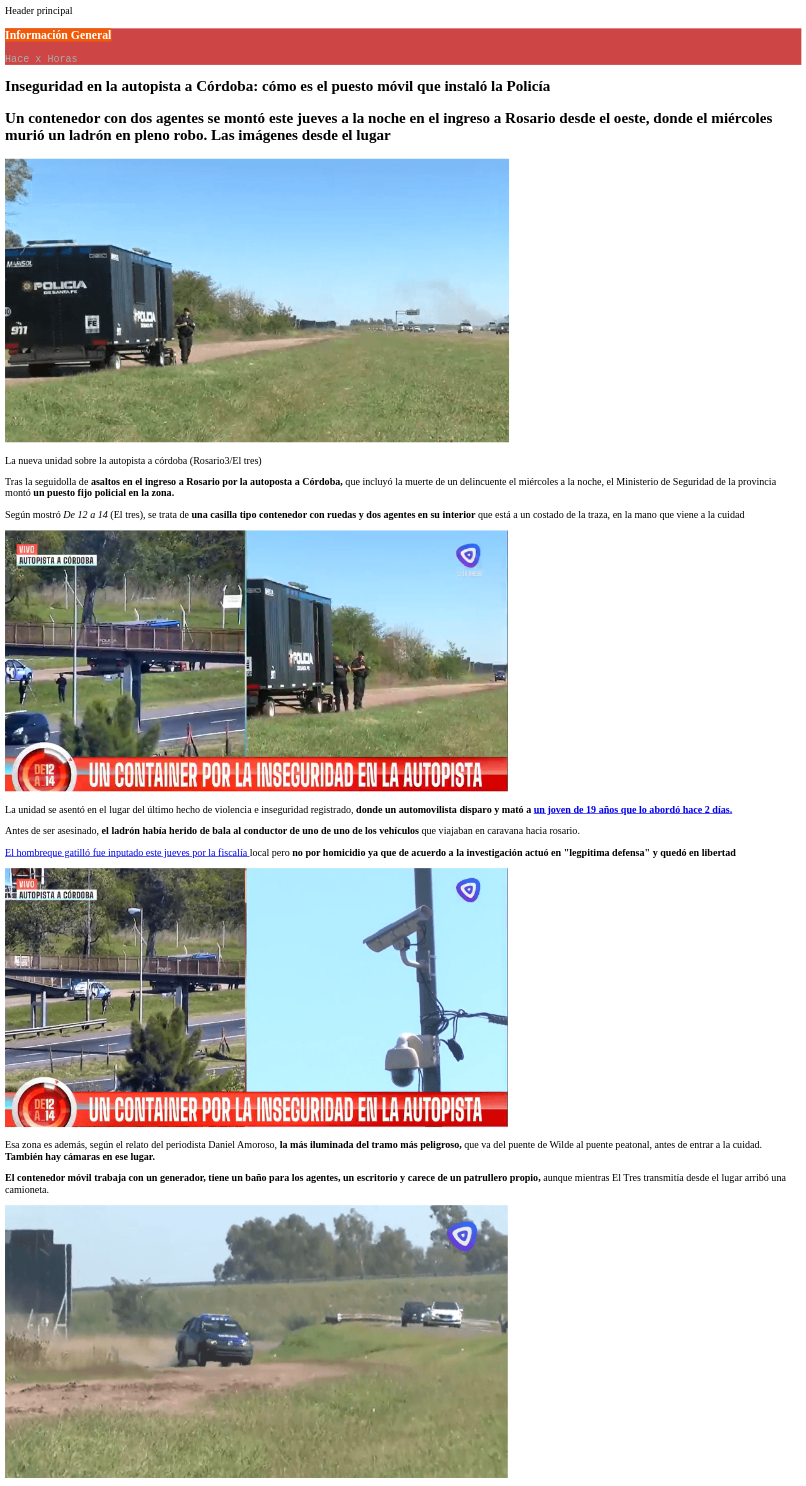
Repository: Larrowo/LPPA
Page: Clase 2/index.html
These files come from the project's save history. The page is drawn as it stood at one moment and after the next save; the edit follows.
The browser window is 1280 px wide. The pictures show the whole page, at 63% of full size.

Above is the page before, as saved 2022-04-16 16:42:32.

### Clase 2/index.html
<!DOCTYPE html>
<html lang="en">
<head>
    <meta charset="UTF-8">
    <meta http-equiv="X-UA-Compatible" content="IE=edge">
    <meta name="viewport" content="width=device-width, initial-scale=1.0">
    <title>Noticia LPPA</title>
    <link rel="stylesheet" href="style.css">
</head>
<body>
    <header>
        Header principal
    </header>
    <main class="conteiner">
        <article class="articulo">
            <div class="notaMainPart">
                <div class="notaTopPart">
                    <div class="volanta">
                        <h3 class="claseNoticia">
                            <a class="linkClaseNoticia" href="https://www.rosario3.com/seccion/informacion-general" style="text-decoration:none">Información General</a>
                        </h3>
                        <p class="fecha-nota"><time>Hace x Horas</time></p>

                    </div>
                    <h1>
                        Inseguridad en la autopista a Córdoba: cómo es el puesto móvil que instaló la Policía
                    </h1>
                    <h2>
                        <p>
                            Un contenedor con dos agentes se montó este jueves a la noche en el ingreso a Rosario desde el oeste, donde el miércoles murió un ladrón en pleno robo. Las imágenes desde el lugar
                        </p>
                    </h2>
                    <div class="fotoPrincipal">
                        <img src="/Clase 2/photos/fotoPrincipal.png" alt="">

                    </div>
                    <div class="descripcionFoto">
                        <p>La nueva unidad sobre la autopista a córdoba (Rosario3/El tres)</p>
                    </div>
                </div>
                <div class="cuerpoNota">
                    <p>Tras la seguidolla de <strong> asaltos en el ingreso a Rosario por la autoposta a Córdoba,</strong> que incluyó la muerte de un delincuente el miércoles a la noche, el Ministerio de Seguridad de la provincia montó <strong>un puesto fijo policial en la zona.</strong></p>
                    <p>Según mostró <em>De 12 a 14</em> (El tres), se trata de <strong>una casilla tipo contenedor con ruedas y dos agentes en su interior</strong> que está a un costado de la traza, en la mano que viene a la cuidad</p>
                    <div class="segundaImagen">
                        <img src="/Clase 2/photos/segundaImagen.png" alt="">
                    </div>
                    <p>La unidad se asentó en el lugar del último hecho de violencia e inseguridad registrado, <strong>donde un automovilista disparo y mató a <a href="https://www.rosario3.com/policiales/Quien-era-y-que-se-sabe-del-crimen-del-ladron-en-la-autopista-Rosario-Cordoba-20220414-0011.html" target="_blank"> un joven de 19 años que lo abordó hace 2 días.</a></strong></p>
                    <p>Antes de ser asesinado, <strong>el ladrón había herido de bala al conductor de uno de uno de los vehículos </strong>que viajaban en caravana hacia rosario.</p>
                    <p><a href="https://www.rosario3.com/policiales/Ladron-muerto-en-la-autopista-imputaron-al-automovilista-pero-bajo-legitima-defensa-20220414-0082.html" target="_blank">El hombreque gatilló fue inputado este jueves por la fiscalía </a>local pero <strong>no por homicidio ya que de acuerdo a la investigación actuó en "legpitima defensa" y quedó en libertad</strong></p>
                    <div class="terceraImagen">
                        <img src="/Clase 2/photos/terceraImagen.png" alt="">
                    </div>
                    <p>Esa zona es además, según el relato del periodista Daniel Amoroso, <strong>la más iluminada del tramo más peligroso,</strong> que va del puente de Wilde al puente peatonal, antes de entrar a la cuidad. <Strong>También hay cámaras en ese lugar.</Strong></p>
                    <p><strong>El contenedor móvil trabaja con un generador, tiene un baño para los agentes, un escritorio y carece de un patrullero propio,</strong> aunque mientras El Tres transmitía desde el lugar arribó una camioneta.</p>
                    <div class="cuartaImagen">
                        <img src="/Clase 2/photos/cuartaImagen.png" alt="">
                    </div>
                </div>
            </div>
        </article>
    </main>
</body>
</html>

### Clase 2/style.css
.fecha-nota{
   font-family: "Space Mono", monospace;
   color: #adadad;
}

.linkClaseNoticia{
    color: #ffffff;
    background-color: #f15a08
}

.volanta{

    background-color: #cd4545;
}

After the next save:
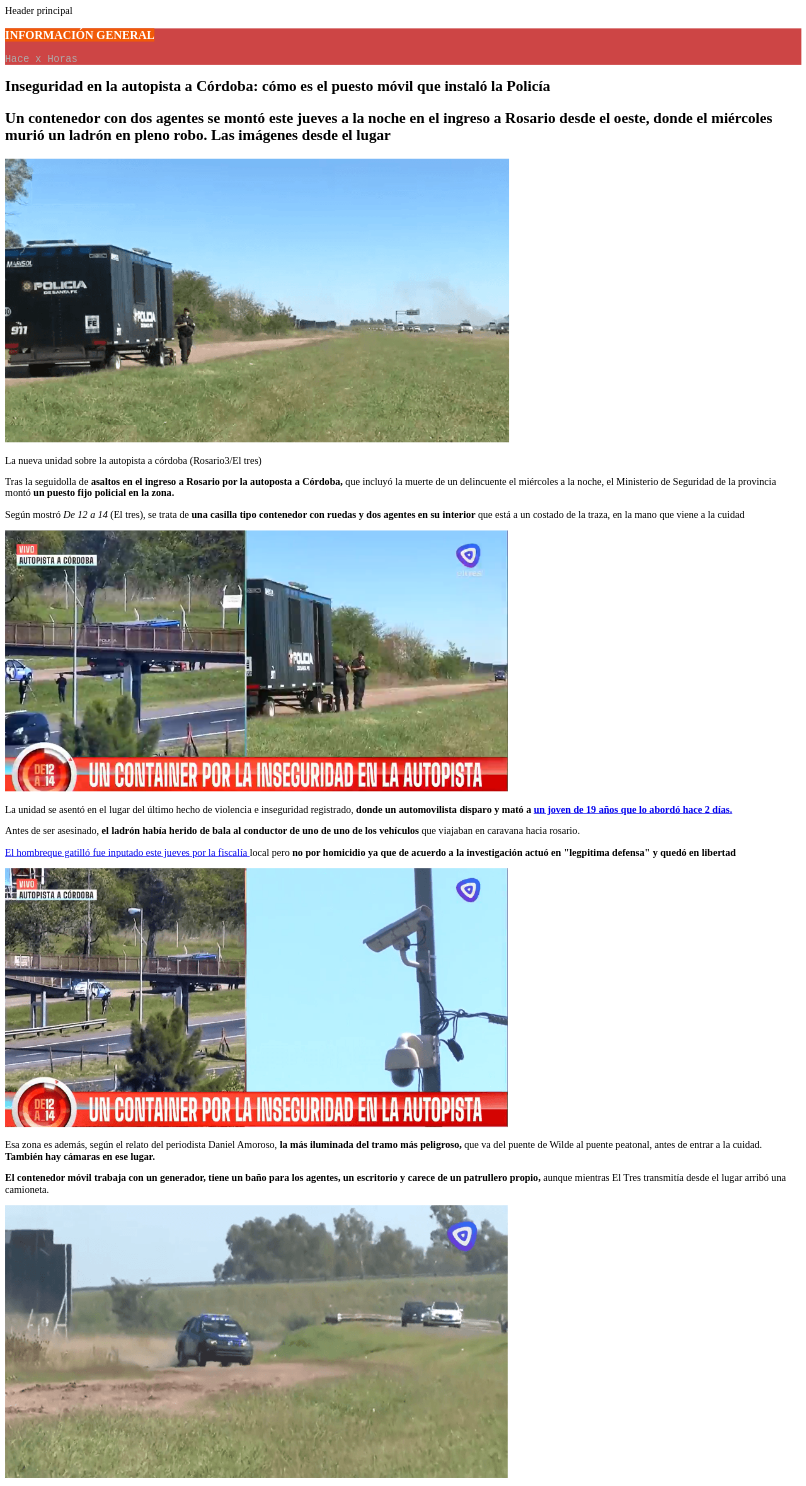
Saved 22 s later.
--- a/Clase 2/style.css
+++ b/Clase 2/style.css
@@ -5,7 +5,8 @@
 
 .linkClaseNoticia{
     color: #ffffff;
-    background-color: #f15a08
+    background-color: #f15a08;
+    text-transform: uppercase;
 }
 
 .volanta{
